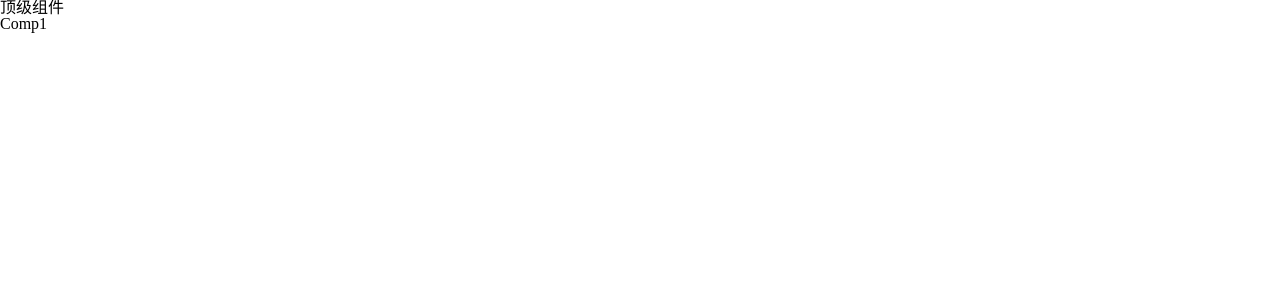
Repository: xzm1997/admin-management
Page: /
An editor plug-in stored every save of this project. The page is shown before and after the next save, followed by the edit.
The browser window is 1280 px wide. The pictures show the whole page.
The project was rebuilt for these pictures with package versions that can differ from the ones it lists, and the page was loaded fresh each time. Also part of the build but not shown: vite.config.ts.

Above is the page before, as saved 2023-03-28 16:00:56.

After the next save:
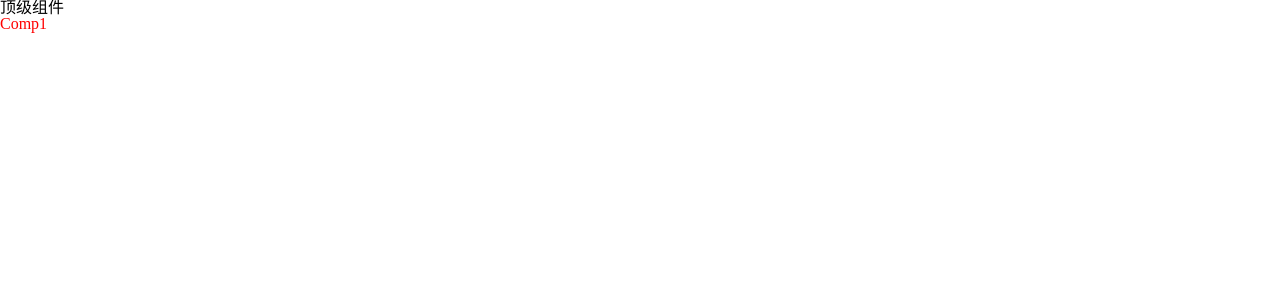
Saved 69 s later.
--- a/src/components/Comp1/index.tsx
+++ b/src/components/Comp1/index.tsx
@@ -2,7 +2,7 @@ import "./comp1.scss"
 
 function Comp() {
   return (
-    <div>
+    <div className="box">
       <p>Comp1</p>
     </div>
   )

After the 2 saves that followed:
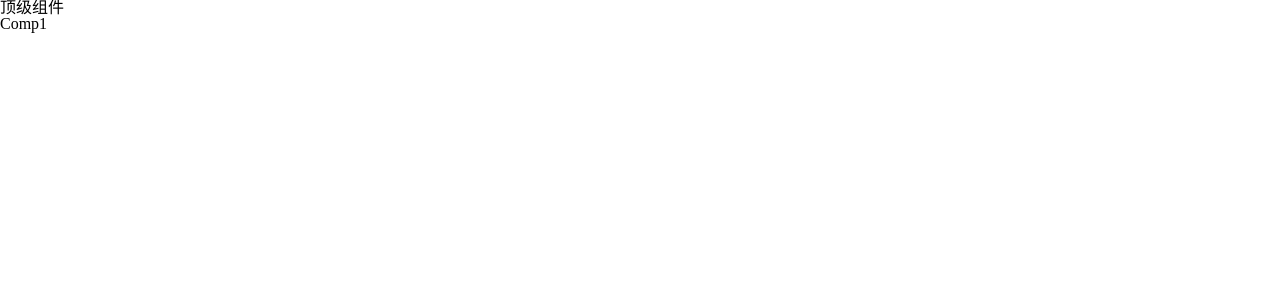
The 2 saves are shown as one change because they came seconds apart.
The last was saved 113 s later.
--- a/src/components/Comp1/index.tsx
+++ b/src/components/Comp1/index.tsx
@@ -1,4 +1,5 @@
-import "./comp1.scss"
+// import "./comp1.scss"    // 全局引入，会影响其它组件
+
 
 function Comp() {
   return (
